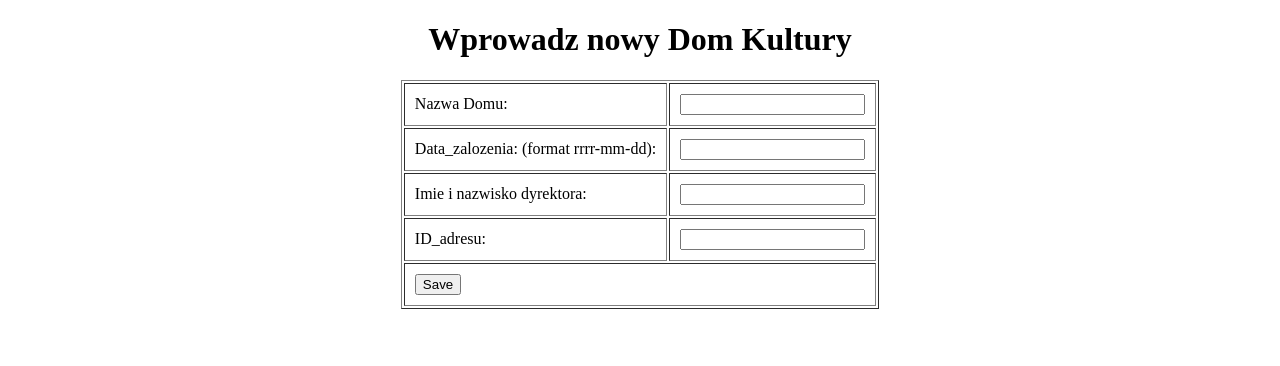
Repository: marcinRuta/houseOfCulture-crud-webapp-database
Page: http://localhost/new_domy_kultury
The author's editor kept a copy of each file at every save. The page is drawn from the files as they stood at one save, then again after the next save.
The browser window is 1280 px wide. The pictures show the whole page.
The page is this project's Thymeleaf template; nobody is signed in. The template is opened directly, without the code that normally fills it, so the values that code supplies are empty.

Above is the page before, as saved 2020-12-29 17:35:52.

### DomKultury/src/main/resources/templates/new_domy_kultury.html
<!DOCTYPE html>
<html xmlns="http://www.w3.org/1999/xhtml"
	xmlns:th="http://www.thymeleaf.org">
<head>
<meta charset="UTF-8">
<title>Nowy Dom Kultury</title>
</head>
<body>

	<div align="center">
		<!--  Page header  -->
		<h1>Wprowadz nowy Dom Kultury</h1>

		<form action="#" th:action="@{/save}" th:object="${NowyDom}"
			method="post">

			<!-- Table -->
			<table border="1" cellpadding="10">

				<!-- Table first row -->

				<tr>
					<td>Nazwa Domu:</td>
					<td><input type="text" th:field="*{Nazwa}"></td>
				</tr>

				<!-- Table 2nd row -->

				<tr>
					<td>Data_zalozenia: (format rrrr-mm-dd):</td>
					<td><input type="text" th:field="*{Data_zalozenia}"></td>
				</tr>

				<!-- Table 3rd row -->

				<tr>
					<td>Imie i nazwisko dyrektora:</td>
					<td><input type="text" th:field="*{Dyrektor}"></td>
				</tr>

				<!-- Table 4th row -->

				<tr>
					<td>ID_adresu:</td>
					<td><input type="text" th:field="*{ID_Adresu}"></td>
				</tr>

				<!-- Button save -->
				<tr>
					<td colspan="2"><button type="submit">Save</button></td>
				</tr>


			</table>
		</form>
	</div>
</body>
</html>

After the next save:
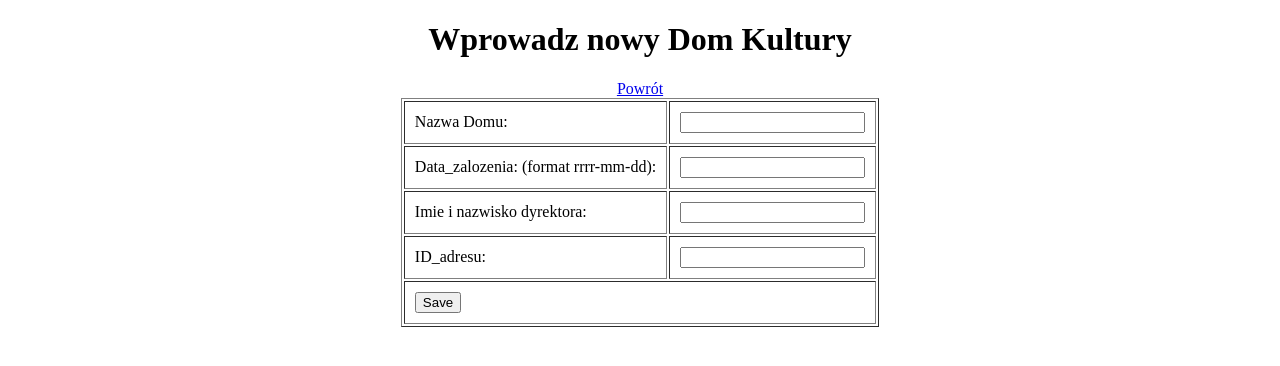
Saved 2 min 42 s later.
--- a/DomKultury/src/main/resources/templates/new_domy_kultury.html
+++ b/DomKultury/src/main/resources/templates/new_domy_kultury.html
@@ -50,6 +50,11 @@
 					<td colspan="2"><button type="submit">Save</button></td>
 				</tr>
 
+				<!-- EXIT -->
+
+				<!-- Entry to a new page -->
+				<a href="/DK">Powrót</a>
+
 
 			</table>
 		</form>
